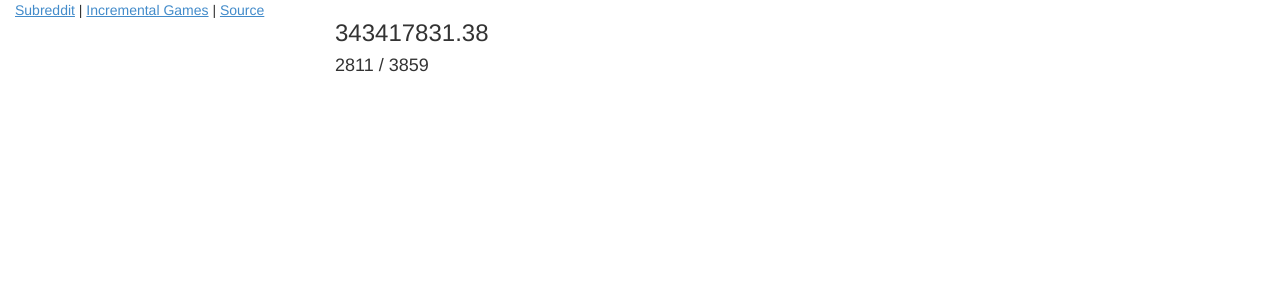
Repository: Polatrite/polainc-seed
Page: index.html
The author's editor kept a record of every edit. The page is drawn from the files as they stood at one moment, then again after the next edit.
The browser window is 1280 px wide. The pictures show the whole page.

Above is the page before.

After the next edit:
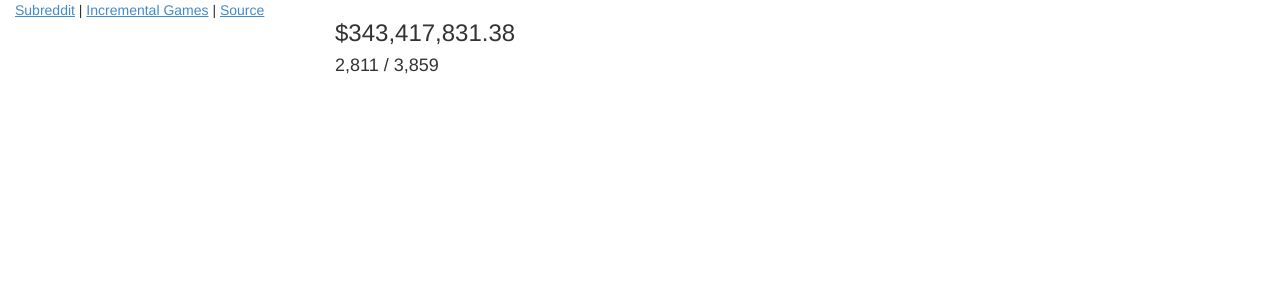
The edit:
--- a/index.html
+++ b/index.html
@@ -67,8 +67,8 @@
 
 	</div>
 	<div id="player" class="col-md-9">
-		<h3>{ player.money | money}</h3>
-		<h4>{ player.workersUsed | number} / { player.workers | number}</h4>
+		<h3>{ player.money | currency}</h3>
+		<h4>{ player.workersUsed | bignumber} / { player.workers | bignumber}</h4>
 	</div>
 </div>
 
